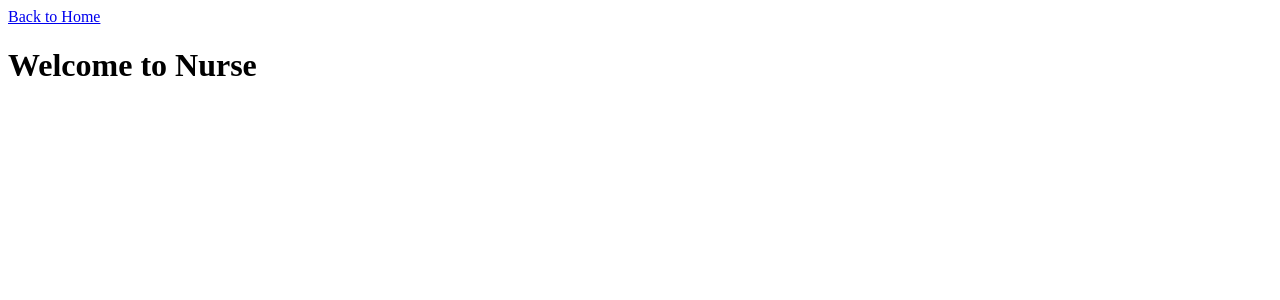
Repository: Rajasekaran0415/LifeCare-Management-System
Page: Project/nurseHompage.html
These files come from the project's save history. The page is drawn as it stood at one moment and after a run of saves; the edit follows.
The browser window is 1280 px wide. The pictures show the whole page.

Above is the page before, as saved 2026-01-28 21:47:57.

After the next 3 saves:
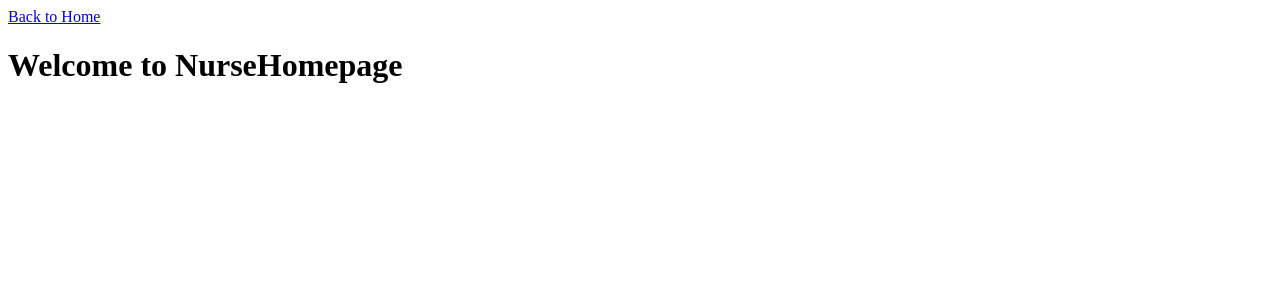
The 3 saves are shown as one change because they came seconds apart.
The last was saved 8 s later.
--- a/Project/nurseHompage.html
+++ b/Project/nurseHompage.html
@@ -11,7 +11,8 @@
             <a href="index.html" class="text-white text-decoration-none small opacity-75">
                 <i class="bi bi-house-door me-2"></i>Back to Home
             </a>
-            <h1>Welcome to Nurse</h1>
+            <h1>Welcome to NurseHomepage</h1>
+
         </div>
     </div>
 </body>
